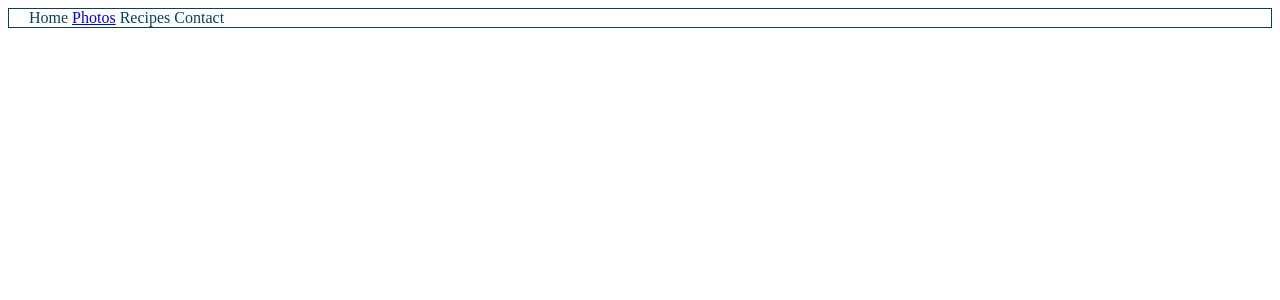
Repository: Tram-anh99/Blockchain_Funix
Page: CSS/menu.html
These files come from the project's save history. The page is drawn as it stood at one moment and after a run of saves; the edit follows.
The browser window is 1280 px wide. The pictures show the whole page.

Above is the page before, as saved 2023-04-14 17:14:59.

After the next 3 saves:
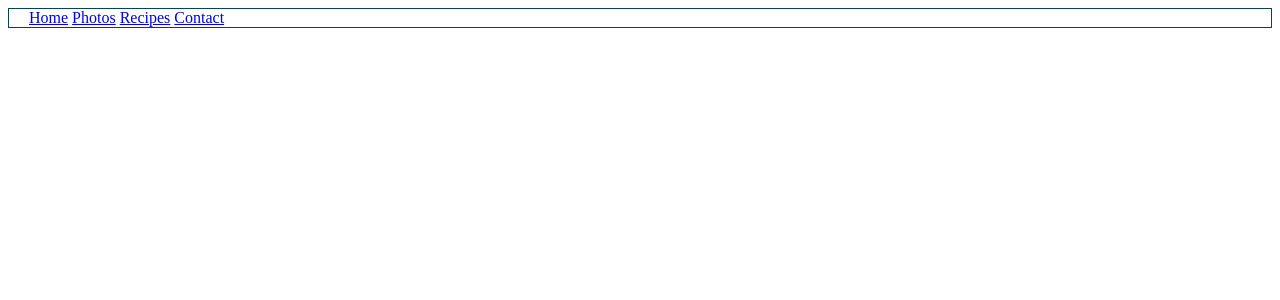
The 3 saves are shown as one change because they came seconds apart.
The last was saved 9 s later.
--- a/CSS/menu.html
+++ b/CSS/menu.html
@@ -9,13 +9,13 @@
       <body>
             <nav>
 
-                  <ahref="#">Home</a>
+                  <a href="#">Home</a>
 
                   <a href="#"class="current">Photos</a>
 
-                  <a href="#">Recipes</a>
+                  <a href="#">Recipes</a>
 
-                  <a href="#">Contact</a>
+                  <a href="#">Contact</a>
 
                   </nav>
       </body>
